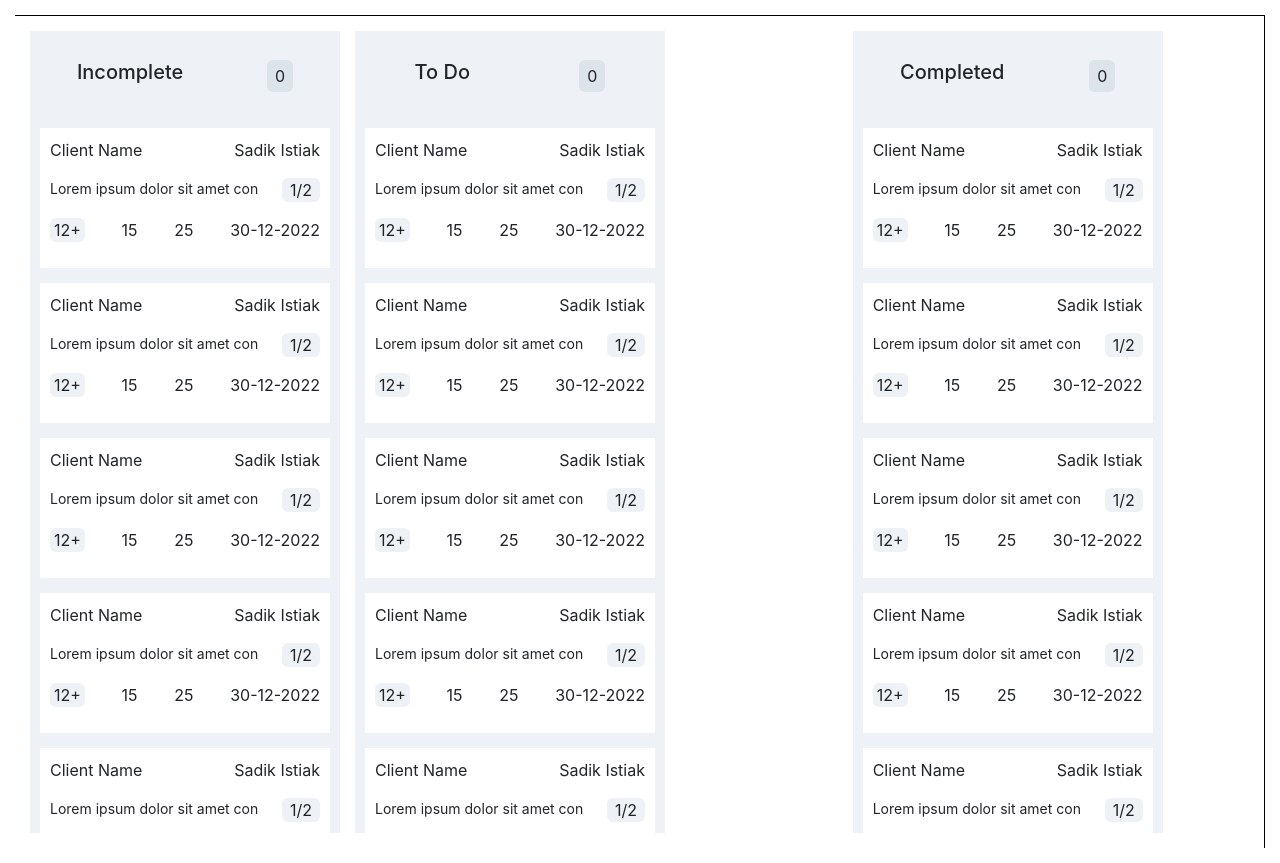
Repository: Sharif-00112/dashboard-task-frontend
Page: /
These files come from the project's save history. The page is drawn as it stood at one moment and after the next save; the edit follows.
The browser window is 1280 px wide. The pictures show the whole page.
The project was rebuilt for these pictures with package versions that can differ from the ones it lists, and the page was loaded fresh each time.

Above is the page before, as saved 2023-01-29 20:48:16.

### public/index.html
<!DOCTYPE html>
<html lang="en">
  <head>
    <meta charset="utf-8" />
    <link rel="icon" href="%PUBLIC_URL%/favicon.ico" />
    <meta name="viewport" content="width=device-width, initial-scale=1" />
    <meta name="theme-color" content="#000000" />
    <meta
      name="description"
      content="Web site created using create-react-app"
    />
    <!-- <script src="https://kit.fontawesome.com/eb9242a349.js" crossorigin="anonymous"></script>
    <link rel="stylesheet" href="https://kit.fontawesome.com/eb9242a349.css" crossorigin="anonymous"> -->

    <link rel="apple-touch-icon" href="%PUBLIC_URL%/logo192.png" />
    <!--
      manifest.json provides metadata used when your web app is installed on a
      user's mobile device or desktop. See https://developers.google.com/web/fundamentals/web-app-manifest/
    -->
    <link rel="manifest" href="%PUBLIC_URL%/manifest.json" />
    <!--
      Notice the use of %PUBLIC_URL% in the tags above.
      It will be replaced with the URL of the `public` folder during the build.
      Only files inside the `public` folder can be referenced from the HTML.

      Unlike "/favicon.ico" or "favicon.ico", "%PUBLIC_URL%/favicon.ico" will
      work correctly both with client-side routing and a non-root public URL.
      Learn how to configure a non-root public URL by running `npm run build`.
    -->
    <title>React App</title>
  </head>
  <body>
    <noscript>You need to enable JavaScript to run this app.</noscript>
    <div id="root"></div>
    <!--
      This HTML file is a template.
      If you open it directly in the browser, you will see an empty page.

      You can add webfonts, meta tags, or analytics to this file.
      The build step will place the bundled scripts into the <body> tag.

      To begin the development, run `npm start` or `yarn start`.
      To create a production bundle, use `npm run build` or `yarn build`.
    -->
  </body>
</html>

### src/index.js
import React from 'react';
import 'bootstrap/dist/css/bootstrap.css';
import ReactDOM from 'react-dom/client';
import './index.css';
import App from './App';
import reportWebVitals from './reportWebVitals';

const root = ReactDOM.createRoot(document.getElementById('root'));
root.render(
  <React.StrictMode>
    <App />
  </React.StrictMode>
);

// If you want to start measuring performance in your app, pass a function
// to log results (for example: reportWebVitals(console.log))
// or send to an analytics endpoint. Learn more: https://bit.ly/CRA-vitals
reportWebVitals();

### src/App.js
import './App.css';
import Dashboard from './Components/Dashboard';
import './Components/styles.css'

function App() {
  return (
    <div className="App">
      <Dashboard></Dashboard>
    </div>
  );
}

export default App;

### src/Components/Dashboard.js
import React from 'react';
import Incomplete from './Incomplete';
import ToDo from './ToDo';
import Doing from './Doing'
import UnderReview from './UnderReview'
import Completed from './Completed'
import Overdue from './Overdue'

const Dashboard = () => {
    return (
        <div className='dashboard landing'  style={{overflowX:"scroll"}} >
            <Incomplete></Incomplete>
            <ToDo></ToDo>
            <Doing></Doing>
            <UnderReview></UnderReview>
            <Completed></Completed>
            <Overdue></Overdue>
        </div>
    );
};

export default Dashboard;

### src/Components/styles.css
.background{
    background-color: rgb(238, 241, 245);
}

.background-top{
    background-color: rgb(220, 228, 233);
}

.section-container{
    width: 310px;
    height: 100vh;
}

.task-part{
    display: flex;
    justify-content: space-between;
}

.task-title{
    display: flex;
    justify-content: space-around;
    padding: 5px;
}

.task{
    background-color: white;
    margin: 15px 10px;
    padding: 10px;
}

.dashboard{
    display: grid;
    grid-template-columns: 1fr 1fr 1fr 1fr 1fr 1fr;
    grid-gap: 15px;
}

.landing{
    border-top: 1px solid black;
    border-right: 1px solid black;
    padding: 15px;
    margin: 15px;
    width: auto;
}

### src/Components/Incomplete.js
import React, { useState } from 'react';
import { useEffect } from 'react';
import './styles.css';
import Task from './Task';

const Incomplete = () => {
    const [tasks, setTasks] = useState([]);
    useEffect( ()=> {
        fetch('./tasks.JSON')
        .then(res => res.json())
        .then(data => setTasks(data))
    } ,[])
    return (
        <div className='background pt-4'>
            <div className="task-title">
                <h5>Incomplete</h5>
                <p className='background-top px-2 py-1 rounded'>0</p>
            </div>
            <div style={{overflowY:"scroll"}} className="section-container">
                <div className="task-container">
                    {
                        tasks.map(task => <Task
                            key={task.taskNo}
                            task={task}
                        ></Task>)
                    }
                </div>
            </div>
        </div>
    );
};

export default Incomplete;

### src/Components/ToDo.js
import React, { useState } from 'react';
import { useEffect } from 'react';
import './styles.css';
import Task from './Task';

const ToDo = () => {
    const [tasks, setTasks] = useState([]);
    useEffect( ()=> {
        fetch('./tasks.JSON')
        .then(res => res.json())
        .then(data => setTasks(data))
    } ,[])
    return (
        <div className='background pt-4'>
            <div className="task-title">
                <h5>To Do</h5>
                <p className='background-top px-2 py-1 rounded'>0</p>
            </div>
            <div style={{overflowY:"scroll"}} className="section-container">
                <div className="task-container">
                    {
                        tasks.map(task => <Task
                            key={task.taskNo}
                            task={task}
                        ></Task>)
                    }
                </div>
            </div>
        </div>
    );
};

export default ToDo;

### src/Components/Doing.js
import React from 'react';

const Doing = () => {
    return (
        <div>

        </div>
    );
};

export default Doing;

### src/Components/UnderReview.js
import React from 'react';

const UnderReview = () => {
    return (
        <div>

        </div>
    );
};

export default UnderReview;

### src/Components/Completed.js
import React, { useState } from 'react';
import { useEffect } from 'react';
import './styles.css';
import Task from './Task';

const Completed = () => {
    const [tasks, setTasks] = useState([]);
    useEffect( ()=> {
        fetch('./tasks.JSON')
        .then(res => res.json())
        .then(data => setTasks(data))
    } ,[])
    return (
        <div className='background pt-4'>
            <div className="task-title">
                <h5>Completed</h5>
                <p className='background-top px-2 py-1 rounded'>0</p>
            </div>
            <div style={{overflowY:"scroll"}} className="section-container">
                <div className="task-container">
                    {
                        tasks.map(task => <Task
                            key={task.taskNo}
                            task={task}
                        ></Task>)
                    }
                </div>
            </div>
        </div>
    );
};

export default Completed;

### src/Components/Overdue.js
import React from 'react';

const Overdue = () => {
    return (
        <div>

        </div>
    );
};

export default Overdue;

### src/Components/Task.js
import React from 'react';
import './styles.css';

const Task = (props) => {
    const {clientName, clientImg, supervisorName, supervisorImg, taskSummary, progress, staff1Img, staff2Img, modules, message, attachment, date} = props.task;
    return (
        <div className='task'>
            <div className="task-part">

                <p>{clientName}</p>
                <p>{supervisorName}</p>
            </div>
            <div className="task-part">
                <small>{taskSummary.substring(0,30)}</small>
                <p className='background px-2 rounded'>{progress}</p>
            </div>
            <div className="task-part">
                <p className='background px-1 rounded'>{modules}+</p>
                <p>{message}</p>
                <p>{attachment}</p>
                <p>{date}</p>
            </div>
        </div>
    );
};

export default Task;

### public/tasks.JSON
[
  {
    "taskNo": 1,
    "clientName": "Client Name",
    "clientImg": "clientIMG.jpg",
    "supervisorName": "Sadik Istiak",
    "supervisorImg": "supervisorIMG.jpg",
    "taskSummary": "Lorem ipsum dolor sit amet consectetur adipisicing elit. Pariatur velit nemo accusamus. Dolorum, doloribus quisquam unde repellat iusto voluptatum quasi?",
    "progress": "1/2",
    "staff1Img": "staff1.jpg",
    "staff2Img": "staff2.jpg",
    "modules": 12,
    "message": 15,
    "attachment": 25,
    "date": "30-12-2022"
  },
  {
    "taskNo": 2,
    "clientName": "Client Name",
    "clientImg": "clientIMG.jpg",
    "supervisorName": "Sadik Istiak",
    "supervisorImg": "supervisorIMG.jpg",
    "taskSummary": "Lorem ipsum dolor sit amet consectetur adipisicing elit. Pariatur velit nemo accusamus. Dolorum, doloribus quisquam unde repellat iusto voluptatum quasi?",
    "progress": "1/2",
    "staff1Img": "staff1.jpg",
    "staff2Img": "staff2.jpg",
    "modules": 12,
    "message": 15,
    "attachment": 25,
    "date": "30-12-2022"
  },
  {
    "taskNo": 3,
    "clientName": "Client Name",
    "clientImg": "clientIMG.jpg",
    "supervisorName": "Sadik Istiak",
    "supervisorImg": "supervisorIMG.jpg",
    "taskSummary": "Lorem ipsum dolor sit amet consectetur adipisicing elit. Pariatur velit nemo accusamus. Dolorum, doloribus quisquam unde repellat iusto voluptatum quasi?",
    "progress": "1/2",
    "staff1Img": "staff1.jpg",
    "staff2Img": "staff2.jpg",
    "modules": 12,
    "message": 15,
    "attachment": 25,
    "date": "30-12-2022"
  },
  {
    "taskNo": 4,
    "clientName": "Client Name",
    "clientImg": "clientIMG.jpg",
    "supervisorName": "Sadik Istiak",
    "supervisorImg": "supervisorIMG.jpg",
    "taskSummary": "Lorem ipsum dolor sit amet consectetur adipisicing elit. Pariatur velit nemo accusamus. Dolorum, doloribus quisquam unde repellat iusto voluptatum quasi?",
    "progress": "1/2",
    "staff1Img": "staff1.jpg",
    "staff2Img": "staff2.jpg",
    "modules": 12,
    "message": 15,
    "attachment": 25,
    "date": "30-12-2022"
  },
  {
    "taskNo": 5,
    "clientName": "Client Name",
    "clientImg": "clientIMG.jpg",
    "supervisorName": "Sadik Istiak",
    "supervisorImg": "supervisorIMG.jpg",
    "taskSummary": "Lorem ipsum dolor sit amet consectetur adipisicing elit. Pariatur velit nemo accusamus. Dolorum, doloribus quisquam unde repellat iusto voluptatum quasi?",
    "progress": "1/2",
    "staff1Img": "staff1.jpg",
    "staff2Img": "staff2.jpg",
    "modules": 12,
    "message": 15,
    "attachment": 25,
    "date": "30-12-2022"
  },
  {
    "taskNo": 6,
    "clientName": "Client Name",
    "clientImg": "clientIMG.jpg",
    "supervisorName": "Sadik Istiak",
    "supervisorImg": "supervisorIMG.jpg",
    "taskSummary": "Lorem ipsum dolor sit amet consectetur adipisicing elit. Pariatur velit nemo accusamus. Dolorum, doloribus quisquam unde repellat iusto voluptatum quasi?",
    "progress": "1/2",
    "staff1Img": "staff1.jpg",
    "staff2Img": "staff2.jpg",
    "modules": 12,
    "message": 15,
    "attachment": 25,
    "date": "30-12-2022"
  },
  {
    "taskNo": 7,
    "clientName": "Client Name",
    "clientImg": "clientIMG.jpg",
    "supervisorName": "Sadik Istiak",
    "supervisorImg": "supervisorIMG.jpg",
    "taskSummary": "Lorem ipsum dolor sit amet consectetur adipisicing elit. Pariatur velit nemo accusamus. Dolorum, doloribus quisquam unde repellat iusto voluptatum quasi?",
    "progress": "1/2",
    "staff1Img": "staff1.jpg",
    "staff2Img": "staff2.jpg",
    "modules": 12,
    "message": 15,
    "attachment": 25,
    "date": "30-12-2022"
  },
  {
    "taskNo": 8,
    "clientName": "Client Name",
    "clientImg": "clientIMG.jpg",
    "supervisorName": "Sadik Istiak",
    "supervisorImg": "supervisorIMG.jpg",
    "taskSummary": "Lorem ipsum dolor sit amet consectetur adipisicing elit. Pariatur velit nemo accusamus. Dolorum, doloribus quisquam unde repellat iusto voluptatum quasi?",
    "progress": "1/2",
    "staff1Img": "staff1.jpg",
    "staff2Img": "staff2.jpg",
    "modules": 12,
    "message": 15,
    "attachment": 25,
    "date": "30-12-2022"
  },
  {
    "taskNo": 9,
    "clientName": "Client Name",
    "clientImg": "clientIMG.jpg",
    "supervisorName": "Sadik Istiak",
    "supervisorImg": "supervisorIMG.jpg",
    "taskSummary": "Lorem ipsum dolor sit amet consectetur adipisicing elit. Pariatur velit nemo accusamus. Dolorum, doloribus quisquam unde repellat iusto voluptatum quasi?",
    "progress": "1/2",
    "staff1Img": "staff1.jpg",
    "staff2Img": "staff2.jpg",
    "modules": 12,
    "message": 15,
    "attachment": 25,
    "date": "30-12-2022"
  },
  {
    "taskNo": 10,
    "clientName": "Client Name",
    "clientImg": "clientIMG.jpg",
    "supervisorName": "Sadik Istiak",
    "supervisorImg": "supervisorIMG.jpg",
    "taskSummary": "Lorem ipsum dolor sit amet consectetur adipisicing elit. Pariatur velit nemo accusamus. Dolorum, doloribus quisquam unde repellat iusto voluptatum quasi?",
    "progress": "1/2",
    "staff1Img": "staff1.jpg",
    "staff2Img": "staff2.jpg",
    "modules": 12,
    "message": 15,
    "attachment": 25,
    "date": "30-12-2022"
  }
]

Loaded but not shown: src/index.css (common file); src/reportWebVitals.js (common file); src/App.css (common file)

After the next save:
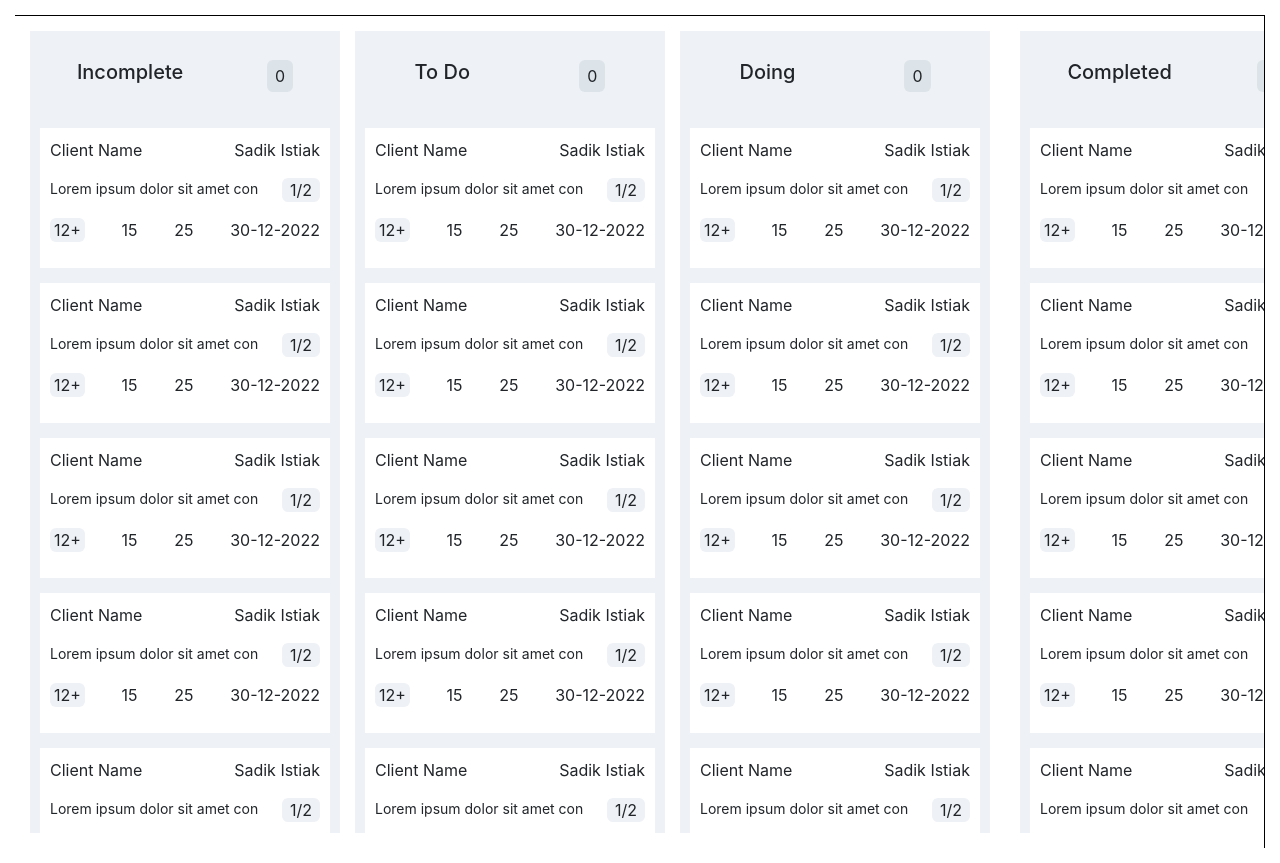
Saved 60 s later.
--- a/src/Components/Doing.js
+++ b/src/Components/Doing.js
@@ -1,9 +1,31 @@
-import React from 'react';
+import React, { useState } from 'react';
+import { useEffect } from 'react';
+import './styles.css';
+import Task from './Task';
 
 const Doing = () => {
+    const [tasks, setTasks] = useState([]);
+    useEffect( ()=> {
+        fetch('./tasks.JSON')
+        .then(res => res.json())
+        .then(data => setTasks(data))
+    } ,[])
     return (
-        <div>
-
+        <div className='background pt-4'>
+            <div className="task-title">
+                <h5>Doing</h5>
+                <p className='background-top px-2 py-1 rounded'>0</p>
+            </div>
+            <div style={{overflowY:"scroll"}} className="section-container">
+                <div className="task-container">
+                    {
+                        tasks.map(task => <Task
+                            key={task.taskNo}
+                            task={task}
+                        ></Task>)
+                    }
+                </div>
+            </div>
         </div>
     );
 };
